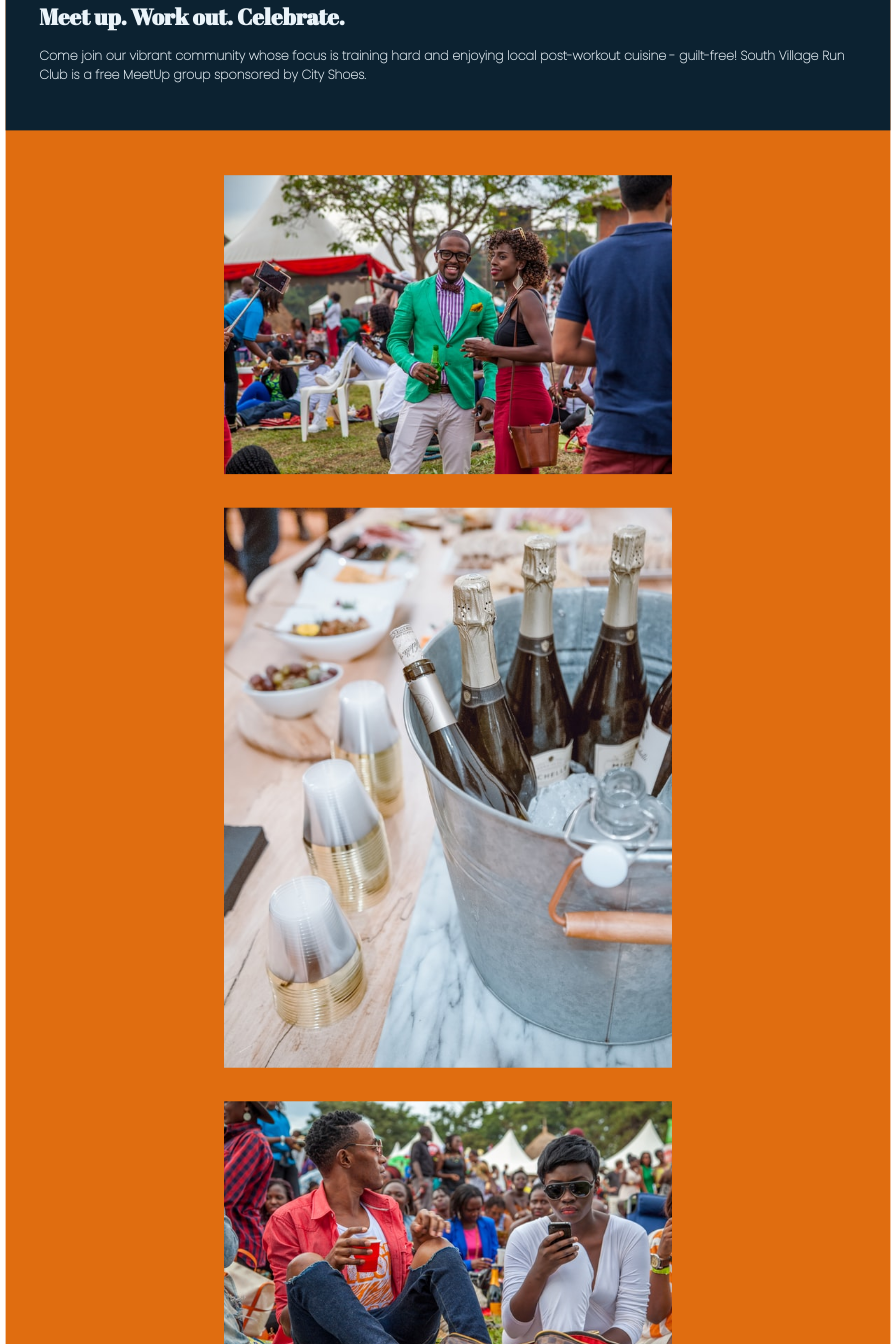
Repository: lastbronx41/lastbronx41.github.io
Page: starting/index.html
These files come from the project's save history. The page is drawn as it stood at one moment and after the next save; the edit follows.
The browser window is 1280 px wide. The pictures show the part of the page from y = 1076 to 2996 px (the page is 3100 px tall), at 70% of full size.
Some web fonts or font styles are not loaded; a fallback is used.

Above is the page before, as saved 2022-07-19 05:04:01.

After the next save:
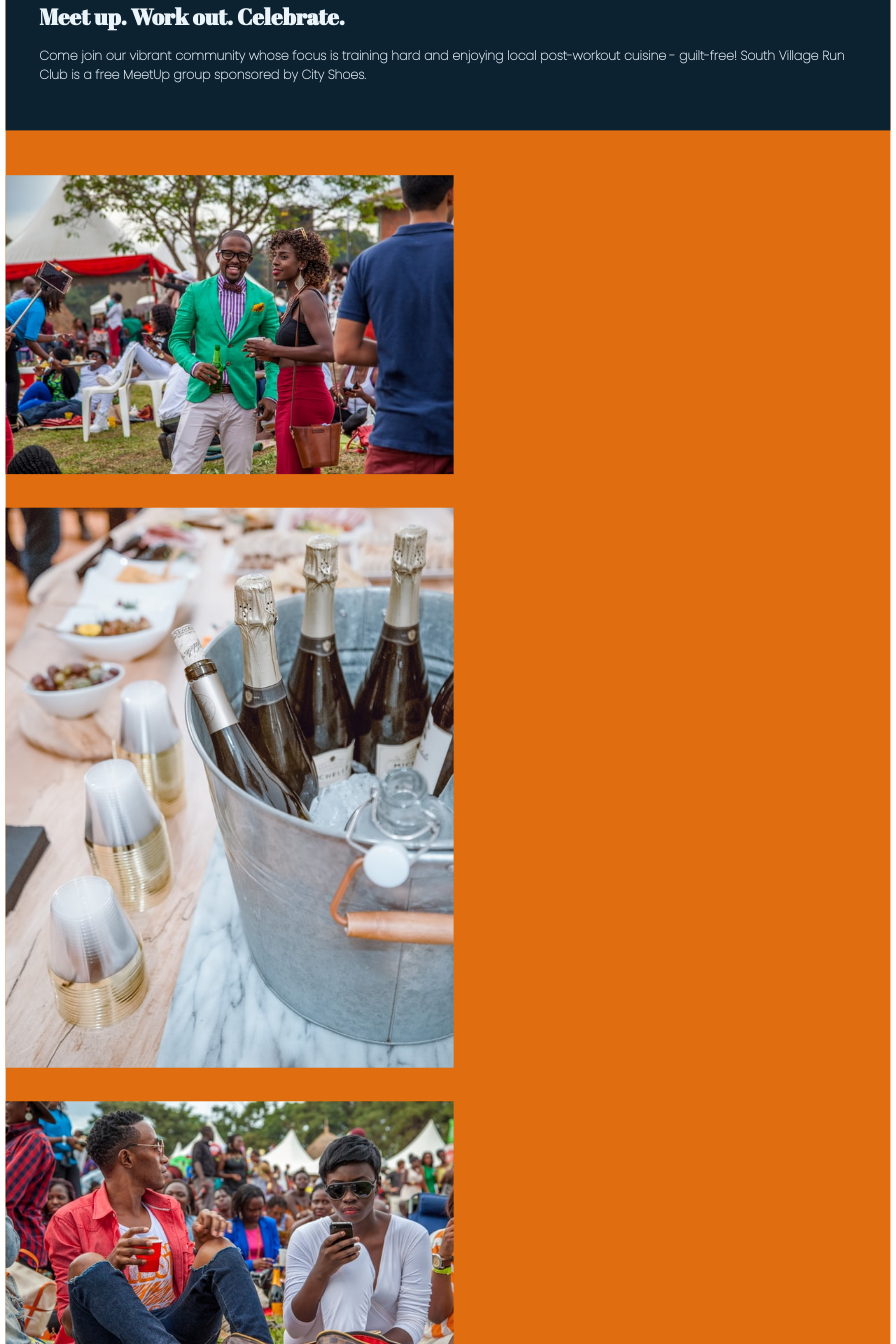
Saved 7 s later.
--- a/starting/styles.css
+++ b/starting/styles.css
@@ -62,7 +62,7 @@
 
 .other-pics {
    display: flex;
-   justify-content: center;
+   justify-content: between;
    flex-wrap: wrap;
    flex-direction: row;
    margin: 1rem auto;

After the 5 saves that followed:
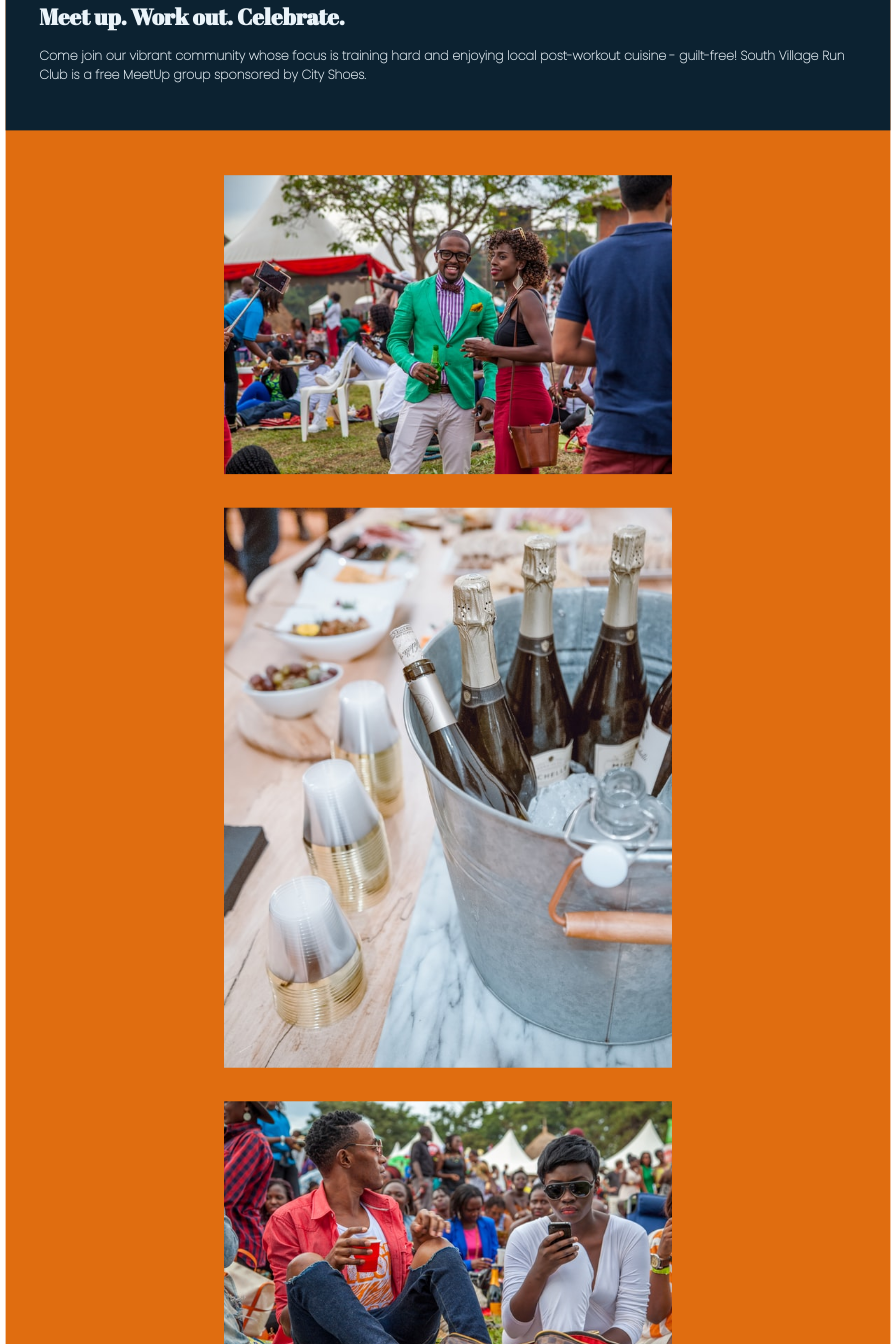
The 5 saves are shown as one change because 2 left the picture as it was and some came seconds apart.
The last was saved 22 s later.
--- a/starting/styles.css
+++ b/starting/styles.css
@@ -62,7 +62,7 @@
 
 .other-pics {
    display: flex;
-   justify-content: between;
+   justify-content: space-around;
    flex-wrap: wrap;
    flex-direction: row;
    margin: 1rem auto;
